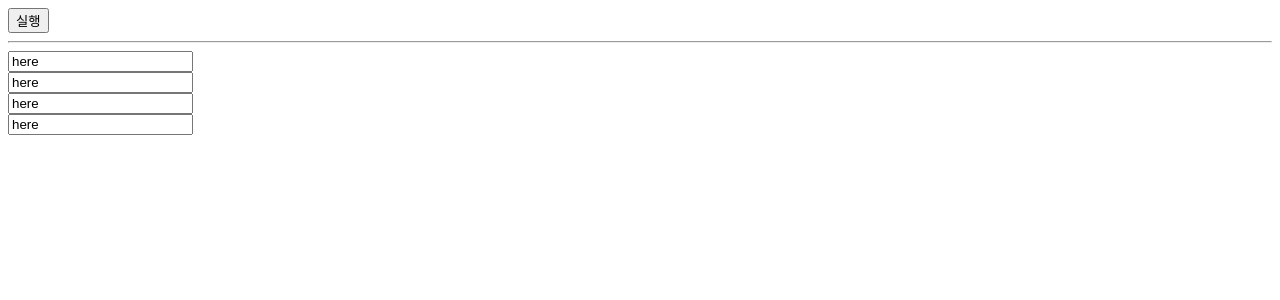
Repository: jinseon5462/Study_Jsp2
Page: http://localhost/ajax_crud/listView.jsp
These files come from the project's save history. The page is drawn as it stood at one moment and after a run of saves; the edit follows.
The browser window is 1280 px wide. The pictures show the whole page.
The page is served by Tomcat 9. Other server files are loaded and not shown.

Above is the page before, as saved 2023-01-03 12:06:18.

### jsp_ws/ajax_crud/src/main/webapp/listView.jsp
<%@ page language="java" contentType="text/html; charset=UTF-8"
    pageEncoding="UTF-8"%>
<!DOCTYPE html>
<html>
<head>
<meta charset="UTF-8">
<title></title>
</head>
<body>
<button id="btn">실행</button>
<hr>
<input type="text" id="id" value="here"><br>
<input type="text" id="pw" value="here"><br>
<input type="text" id="name" value="here"><br>
<input type="text" id="tel" value="here">
<script>
	const btn = document.querySelector("#btn");
	btn.addEventListener('click', loadDoc);

	function loadDoc() {
		const xhttp = new XMLHttpRequest();
		xhttp.onload = function() {
			let jsonStr = this.responseText;
			alert(jsonStr);
			let obj = JSON.parse(jsonStr);

			document.getElementById("id").value = obj.id;
			document.getElementById("pw").value = obj.pw;
			document.getElementById("name").value = obj.name;
			document.getElementById("tel").value = obj.tel;
		}
		xhttp.open("GET", "text.txt");
		xhttp.send();
	}
</script>
</body>
</html>

After the next 2 saves:
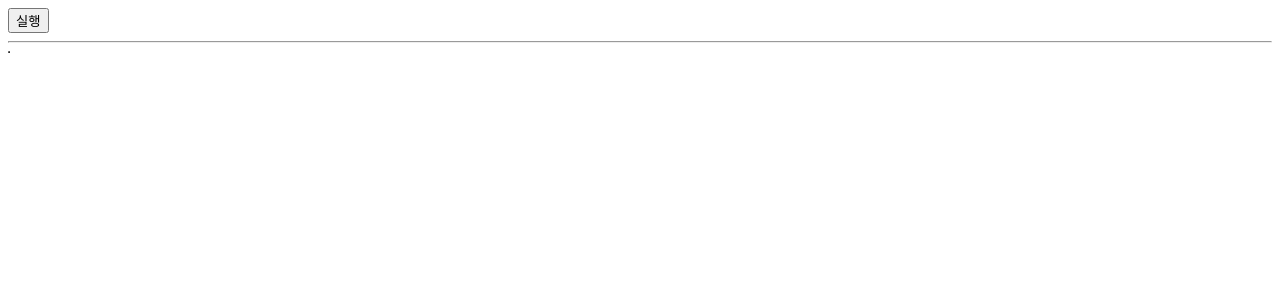
The 2 saves are shown as one change because they came seconds apart.
The last was saved 34 s later.
--- a/jsp_ws/ajax_crud/src/main/webapp/listView.jsp
+++ b/jsp_ws/ajax_crud/src/main/webapp/listView.jsp
@@ -9,10 +9,9 @@
 <body>
 <button id="btn">실행</button>
 <hr>
-<input type="text" id="id" value="here"><br>
-<input type="text" id="pw" value="here"><br>
-<input type="text" id="name" value="here"><br>
-<input type="text" id="tel" value="here">
+<table border="1">
+
+</table>
 <script>
 	const btn = document.querySelector("#btn");
 	btn.addEventListener('click', loadDoc);
